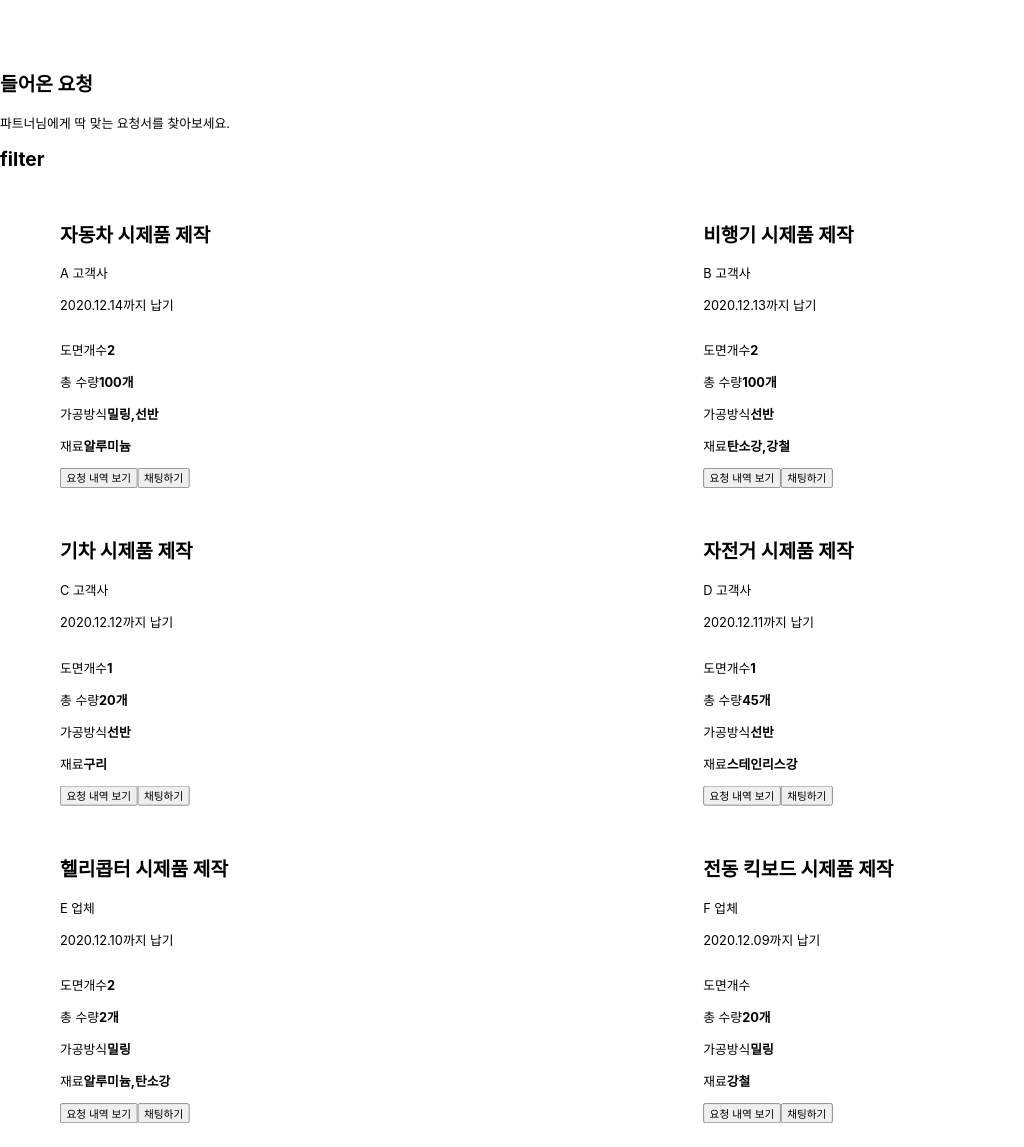
Repository: seoulsaram/capa
Page: /
An editor plug-in stored every save of this project. The page is shown before and after the next save, followed by the edit.
The browser window is 1280 px wide. The pictures show the whole page, at 80% of full size.
The project was rebuilt for these pictures with package versions that can differ from the ones it lists, and the page was loaded fresh each time. Requests to the local data server were answered from the project's data file. Also part of the build but not shown: src/App.css, src/components/filter/filter.module.css, src/components/item_container/item_container.module.css.

Above is the page before, as saved 2021-03-05 21:44:01.

### public/index.html
<!DOCTYPE html>
<html lang="en">
  <head>
    <meta charset="utf-8" />
    <link rel="icon" href="%PUBLIC_URL%/favicon.ico" />
    <meta name="viewport" content="width=device-width, initial-scale=1" />
    <meta name="theme-color" content="#000000" />
    <meta name="description" content="Web site created using create-react-app" />

    <title>React App</title>
  </head>
  <body>
    <noscript>You need to enable JavaScript to run this app.</noscript>
    <div id="root"></div>
  </body>
</html>

### src/index.js
import React from "react";
import ReactDOM from "react-dom";
import "./index.css";
import App from "./app";
import RequestInfo from "./service/request_info";

const requestInfo = new RequestInfo();

ReactDOM.render(
  <React.StrictMode>
    <App requestInfo={requestInfo} />
  </React.StrictMode>,
  document.getElementById("root")
);

### src/App.js
import "./app.css";
import Header from "./components/header/header";
import ItemContainer from "./components/item_container/item_container";
import RequestBox from "./components/request_box/request_box";

function App({ requestInfo }) {
  return (
    <div>
      <Header />
      <ItemContainer requestInfo={requestInfo} />
    </div>
  );
}

export default App;

### src/service/request_info.js
class RequestInfo {
  constructor() {
    this.getrequestOptions = {
      method: "GET",
    };
  }

  async getInfo() {
    const response = await fetch("http://localhost:3002/requests", this.getrequestOptions);
    const res = await response.json();
    return res;
  }
}

export default RequestInfo;

### src/components/header/header.js
import React, { memo } from "react";
import styles from "./header.module.css";

const Header = (props) => (
  <div className={styles.header}>
    <div className={styles.headerLeft}>
      <p>CAPA</p>
      <p>파트너스</p>
    </div>
    <div className={styles.headerRight}>
      <p>A가공업체</p>
      <div className={styles.line}></div>
      <p>로그아웃</p>
    </div>
  </div>
);

export default Header;

### src/components/item_container/item_container.js
import React, { useEffect, useState } from "react";
import Filter from "../filter/filter";
import RequestBox from "../request_box/request_box";
import styles from "./item_container.module.css";

const ItemContainer = ({ requestInfo }) => {
  const [reqInfo, setReqInfo] = useState([]);

  useEffect(() => {
    requestInfo.getInfo().then((info) => setReqInfo(info));
  }, [requestInfo]);

  return (
    <section className={styles.section}>
      <h2>들어온 요청</h2>
      <p>파트너님에게 딱 맞는 요청서를 찾아보세요.</p>
      <Filter reqInfo={reqInfo} />
      <RequestBox reqInfo={reqInfo} />
    </section>
  );
};

export default ItemContainer;

### src/components/request_box/request_box.js
import React from "react";
import styles from "./request_box.module.css";

const RequestBox = ({ reqInfo }) => {
  return (
    <ul className={styles.cards}>
      {reqInfo.map((info) => (
        <div key={info.id} className={styles.card}>
          <h2>{info.title}</h2>
          <p>{info.client}</p>
          <p>{info.due}까지 납기</p>
          <div className={styles.line}></div>
          <p>
            도면개수<b>{info.count}</b>
          </p>
          <p>
            총 수량<b>{info.amount}개</b>
          </p>
          <p>
            가공방식<b>{info.method.join(",")}</b>
          </p>
          <p>
            재료<b>{info.material.join(",")}</b>
          </p>
          <div className={styles.btnContainer}>
            <button>요청 내역 보기</button>
            <button>채팅하기</button>
          </div>
        </div>
      ))}
    </ul>
  );
};

export default RequestBox;

// {
//     "id": 1,
//     "title": "자동차 시제품 제작",
//     "client": "A 고객사",
//     "due": "2020.12.14",
//     "count": 2,
//     "amount": 100,
//     "method": ["밀링", "선반"],
//     "material": ["알루미늄"],
//     "status": "대기중"
//   },

### src/components/header/header.module.css
@value MakeBlue from '../../common/color.css';

.header {
  display: flex;
  justify-content: space-between;
  padding: 5px 20px;
  background-color: MakeBlue;
  color: white;
}

.headerLeft {
  display: flex;
  align-items: center;
}

.headerRight {
  display: flex;
  align-items: center;
}

.line {
  width: 2px;
  height: 50%;
  background-color: white;
  margin: 0px 14px;
}

### src/components/filter/filter.js
import React from "react";
import styles from "./filter.module.css";

const Filter = ({ requestInfo }) => <h1>filter</h1>;

export default Filter;

### src/components/request_box/request_box.module.css
@value MakeBlue,MakeBlack,MakeLightBlue,MakeGrey,MakeLightGrey,MakeYellow from '../../common/color.css';
# {
  box-sizing: border-box;
}
.cards {
  display: flex;
  justify-content: space-between;
  flex-wrap: wrap;
  margin: 10px;
}

.card {
  width: 30%;
  border: 1px solid MakeLightGrey;
  border-radius: 3px;
  padding: 10px 15px;
  margin: 10px;
}

.card:hover {
  border: 1px solid MakeLightBlue;
}

.line {
  width: 90%;
  height: 1px;
  background-color: MakeLightGrey;
}

### db.json
{
  "requests": [
    {
      "id": 1,
      "title": "자동차 시제품 제작",
      "client": "A 고객사",
      "due": "2020.12.14",
      "count": 2,
      "amount": 100,
      "method": ["밀링", "선반"],
      "material": ["알루미늄"],
      "status": "대기중"
    },
    {
      "id": 2,
      "title": "비행기 시제품 제작",
      "client": "B 고객사",
      "due": "2020.12.13",
      "count": 2,
      "amount": 100,
      "method": ["선반"],
      "material": ["탄소강", "강철"],
      "status": "상담중"
    },
    {
      "id": 3,
      "title": "기차 시제품 제작",
      "client": "C 고객사",
      "due": "2020.12.12",
      "count": 1,
      "amount": 20,
      "method": ["선반"],
      "material": ["구리"],
      "status": "대기중"
    },
    {
      "id": 4,
      "title": "자전거 시제품 제작",
      "client": "D 고객사",
      "due": "2020.12.11",
      "count": 1,
      "amount": 45,
      "method": ["선반"],
      "material": ["스테인리스강"],
      "status": "대기중"
    },
    {
      "id": 5,
      "title": "헬리콥터 시제품 제작",
      "client": "E 업체",
      "due": "2020.12.10",
      "count": 2,
      "amount": 2,
      "method": ["밀링"],
      "material": ["알루미늄", "탄소강"],
      "status": "대기중"
    },
    {
      "id": 6,
      "title": "전동 킥보드 시제품 제작",
      "client": "F 업체",
      "due": "2020.12.09",
      "docs": 1,
      "amount": 20,
      "method": ["밀링"],
      "material": ["강철"],
      "status": "대기중"
    }
  ]
}

Loaded but not shown: src/index.css (common file)

After the next save:
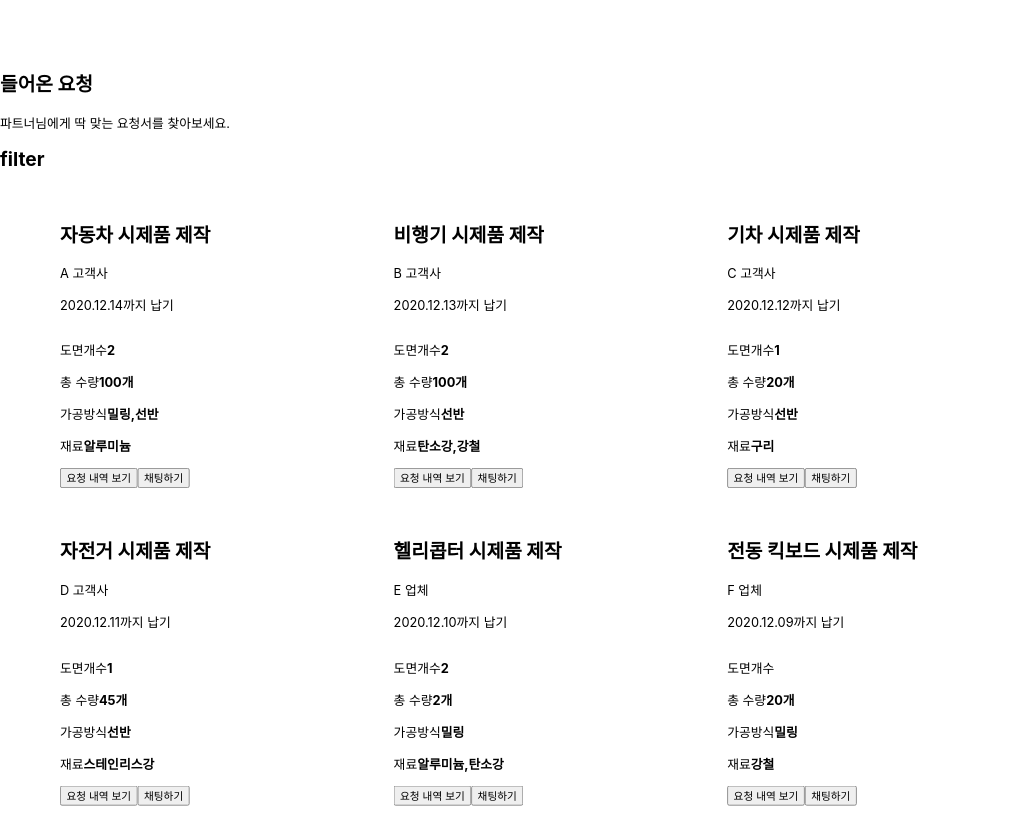
Saved 5 s later.
--- a/src/components/request_box/request_box.module.css
+++ b/src/components/request_box/request_box.module.css
@@ -1,5 +1,5 @@
 @value MakeBlue,MakeBlack,MakeLightBlue,MakeGrey,MakeLightGrey,MakeYellow from '../../common/color.css';
-# {
+* {
   box-sizing: border-box;
 }
 .cards {
